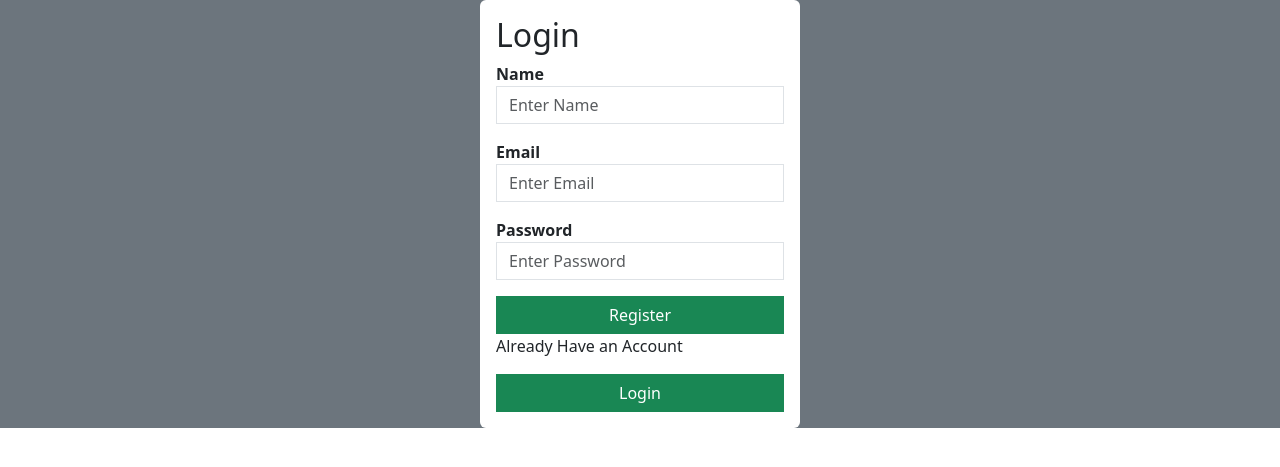
Repository: kapucuonur/LOGIN_REGISTER
Page: /login (app in client/)
These files come from the project's save history. The page is drawn as it stood at one moment and after the next save; the edit follows.
The browser window is 1280 px wide. The pictures show the whole page.
The project was rebuilt for these pictures with package versions that can differ from the ones it lists, and the page was loaded fresh each time. Also part of the build but not shown: client/vite.config.js, client/src/Signup.jsx, client/src/Home.jsx.

Above is the page before, as saved 2024-11-19 22:50:49.

### client/src/App.jsx
import { useState } from 'react'
import 'bootstrap/dist/css/bootstrap.min.css'
import Signup from './Signup'
import {BrowserRouter, Routes, Route} from 'react-router-dom'
import Login from './Login'
import Home from './Home'
function App() {

return (

     <BrowserRouter>
      <Routes>
        <Route path="/register" element={<Signup />}></Route>
        <Route path="/login" element={<Login />}></Route>
        <Route path="/home" element={<Home />}></Route>
        </Routes>
     </BrowserRouter>

  )
}

export default App

### client/src/Login.jsx
import { useState } from "react";
import { Link } from "react-router-dom";
import axios from "axios";
import { useNavigate } from "react-router-dom";

function Login() {

    const [email, setEmail] = useState();
    const [password, setPassword] = useState();
    const navigate = useNavigate();

    // Function to handle form submission
    const handleSubmit = (e) => {
        e.preventDefault();
        axios.post('http://localhost:3001/login', {email, password})
        .then(result => {
        console.log(result)

        if(result.data === "Login Successful"){
            navigate("/home")
        }
        else{
            alert("Invalid Credentials")}
        })
        .catch(err => console.log(err))

    }
  return(
    <div className="d-flex justify-content-center align-items-center bg-secondary 100vh">
        <div className="bg-white p-3 rounded w-25">
            <h2>Login</h2>
            <form onSubmit={handleSubmit}>
                <div className="mb-3">
                    <label htmlFor="email">
                    <strong>Name</strong>
                    </label>
                    <input
                    type="text"
                    placeholder="Enter Name"
                    autoComplete="off"
                    name="email"
                    className="form-control rounded-0"
                    onChange={(e) => setName(e.target.value)}
                    />
                    </div>
                    <div className="mb-3">
                        <label htmlFor="email">
                            <strong>Email</strong>
                            </label>
                            <input
                            type="email"
                            placeholder="Enter Email"
                            autoComplete="off"
                            name="email"
                            className="form-control rounded-0"
                            onChange={(e) => setEmail(e.target.value)}
                            />
                            </div>
                            <div className="mb-3">
                                <label htmlFor="email">
                                    <strong>Password</strong>
                                    </label>
                                    <input
                                    type="password"
                                    placeholder="Enter Password"
                                    name="password"
                                    className="form-control rounded-0"
                                    onChange={(e) => setPassword(e.target.value)}
                                    />
                                    </div>
                                    <button type="submit" className="btn btn-success w-100 rounded-0">
                                        Register
                                        </button>
                                        </form>
                                        <p>Already Have an Account</p>
                                        <Link to="/login" className="btn btn-success w-100 rounded-0">
                                        Login
                                        </Link>




    </div>
    </div>
  );
}


export default Login;

Loaded but not shown: client/index.html (common file); client/src/main.jsx (common file)

After the next save:
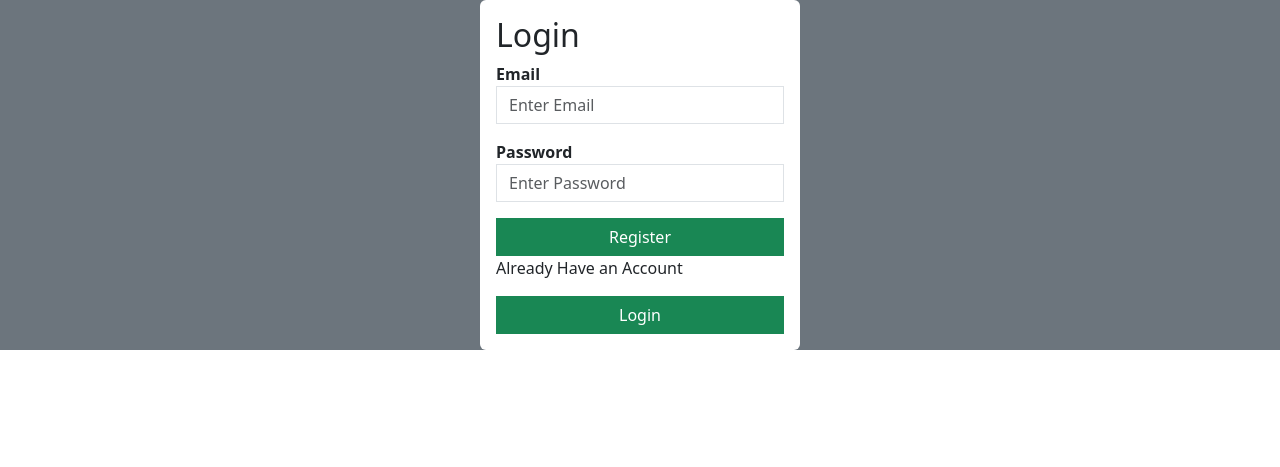
Saved 117 s later.
--- a/client/src/Login.jsx
+++ b/client/src/Login.jsx
@@ -30,19 +30,7 @@
         <div className="bg-white p-3 rounded w-25">
             <h2>Login</h2>
             <form onSubmit={handleSubmit}>
-                <div className="mb-3">
-                    <label htmlFor="email">
-                    <strong>Name</strong>
-                    </label>
-                    <input
-                    type="text"
-                    placeholder="Enter Name"
-                    autoComplete="off"
-                    name="email"
-                    className="form-control rounded-0"
-                    onChange={(e) => setName(e.target.value)}
-                    />
-                    </div>
+
                     <div className="mb-3">
                         <label htmlFor="email">
                             <strong>Email</strong>
